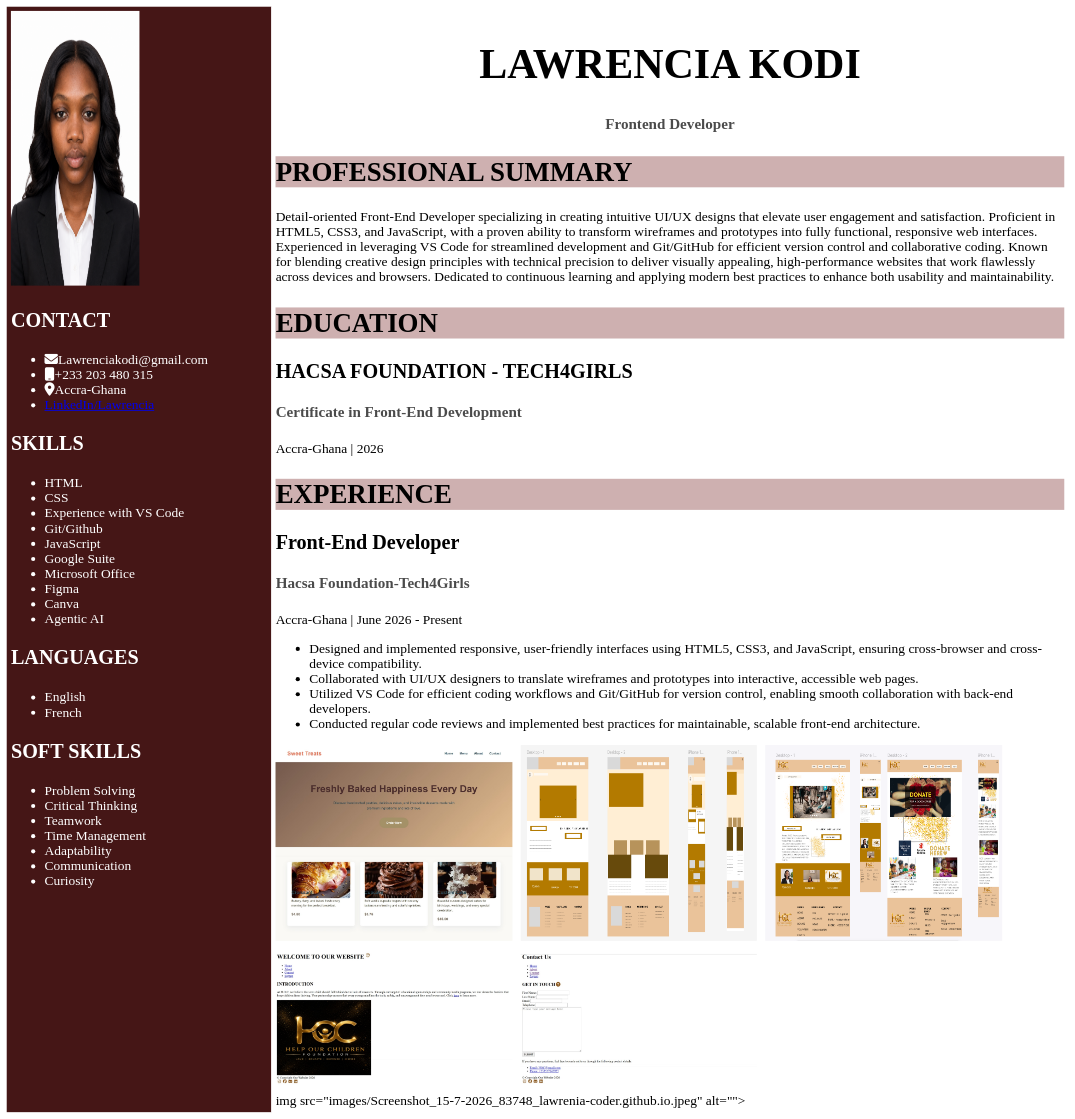
Repository: lawrencia-coder/T4G_CV
Page: index.html
An editor plug-in stored every save of this project. The page is shown before and after the next save, followed by the edit.
The browser window is 1280 px wide. The pictures show the whole page, at 84% of full size.
Some icons come from a web library that is not loaded, so they are not drawn. Some web libraries are served in a nearby version.

Above is the page before, as saved 2026-07-15 08:48:47.

### index.html
<!DOCTYPE html>
<html lang="en">
<head>
    <meta charset="UTF-8">
    <meta name="viewport" content="width=device-width, initial-scale=1.0">
    <script src="https://kit.fontawesome.com/c72fc9c022.js" crossorigin="anonymous"></script>
    <title>T4G_CV</title>
    <link rel="stylesheet" href="style.css">
</head>
<body>
    <div class="cv-container">
        <div class="left-column">
            <img src="images/passport pic 1.png" alt="" width="50%" height="25%">
            <h3>CONTACT</h3>
             <p>
              <ul>
                <li><i class="fa-solid fa-envelope" style="color: rgb(255, 255, 255);"></i>Lawrenciakodi@gmail.com</li>
                <li><i class="fa-solid fa-mobile" style="color: rgb(255, 255, 255);"></i>+233 203 480 315</li>
                <li><i class="fa-solid fa-location-dot" style="color: rgb(255, 255, 255);"></i>Accra-Ghana</li>
                <li><i class="fa-brands fa-square-linkedin" style="color: rgb(255, 255, 255);"></i><a href="www.linkedin.com/in/lawrencia-kodi-192a71305" target="_blank" rel="noopener noreferrer">LinkedIn/Lawrencia</a></li>
              </ul>
             </p>

            <h3>SKILLS</h3>
             <p>
                <ul>
                    <li>HTML</li>
                    <li>CSS</li>
                    <li>Experience with VS Code</li>
                    <li>Git/Github</li>
                    <li>JavaScript</li>
                    <li>Google Suite</li>
                    <li>Microsoft Office</li>
                    <li>Figma</li>
                    <li>Canva</li>
                    <li>Agentic AI</li>
                </ul>
             </p>

             <h3>LANGUAGES</h3>
             <p>
                <ul>
                    <li>English</li>
                    <li>French</li>
                </ul>
             </p>

             <h3>SOFT SKILLS</h3>
             <p>
                <ul>
                    <li>Problem Solving</li>
                    <li>Critical Thinking</li>
                    <li>Teamwork</li>
                    <li>Time Management</li>
                    <li>Adaptability</li>
                    <li>Communication</li>
                    <li>Curiosity</li>
                </ul>
             </p>
        </div>
         <div class="right-column">
             <h1>LAWRENCIA KODI  </h1>
             <h4 style="text-align: center;">Frontend Developer</h4>
             <h2>PROFESSIONAL SUMMARY</h2>
              <p>Detail-oriented Front-End Developer specializing in creating intuitive UI/UX designs that elevate user engagement and satisfaction.
                 Proficient in HTML5, CSS3, and JavaScript, with a proven ability to transform wireframes and prototypes into fully functional, responsive web interfaces.
                 Experienced in leveraging VS Code for streamlined development and Git/GitHub for efficient version control and collaborative coding.
                 Known for blending creative design principles with technical precision to deliver visually appealing, high-performance websites that work flawlessly across devices and browsers.
                 Dedicated to continuous learning and applying modern best practices to enhance both usability and maintainability.
                </p>

                <h2>EDUCATION</h2>
                <h3>HACSA FOUNDATION - TECH4GIRLS</h3>
                <h4>Certificate in Front-End Development</h4>
                <p>Accra-Ghana   |   2026</p>

                <h2>EXPERIENCE</h2>
                <p>
                    <h3>Front-End Developer</h3>
                    <h4>Hacsa Foundation-Tech4Girls </h4>
                    <p2>Accra-Ghana   |   June 2026 - Present</p2>
                </p>
                 <p>
                    <ul>
                        <li>Designed and implemented responsive, user-friendly interfaces using HTML5, CSS3, and JavaScript, ensuring cross-browser and cross-device compatibility.</li>
                        <li>Collaborated with UI/UX designers to translate wireframes and prototypes into interactive, accessible web pages.</li>
                        <li>Utilized VS Code for efficient coding workflows and Git/GitHub for version control, enabling smooth collaboration with back-end developers.</li>
                        <li>Conducted regular code reviews and implemented best practices for maintainable, scalable front-end architecture.</li>
                    </ul>
                 </p>

                 <div class="portfolio">
                    <img src="images/Screenshot_15-7-2026_84035_lawrencia-coder.github.io.jpeg" alt="">
                    <img src="images/Screenshot 2026-07-15 082621.png" alt="">
                    <img src="images/Screenshot 2026-07-15 082739.png" alt="">
                    <img src="images/Screenshot_15-7-2026_83441_lawrencia-coder.github.io.jpeg" alt="">
                    <img src="images/Screenshot_15-7-2026_83647_lawrencia-coder.github.io.jpeg" alt="">
                    img src="images/Screenshot_15-7-2026_83748_lawrenia-coder.github.io.jpeg" alt="">
                 </div>
         </div
    </div>

</body>
</html>

### style.css
/* styling headings */
h1{
    text-align: center;
    font-size: 50px;
    margin-bottom: none;
}

h4{
    opacity: calc(70%);
    font-size: large;
}

h2{
    background-color: rgb(206, 176, 176);
    font-size: xx-large;
}

h3{
    font-size: x-large;
}

h5{
font-size: large;
opacity: 80%;
display: flex;
flex-direction: row;
}

h6{
align-self: flex-end;
}


/* styling cv-container */
.cv-container{
    display: flex;
    width: 100%;
    min-height: 100vh;
}

.left-column{
width: 26%;
background-color: rgb(69, 22, 22);
color: white;
padding: 5px;
}

.right-column{
    width: 80%;
    background-color: white;
    color: black;
    padding: 5px;
}
 /* portfolio styling */
.portfolio{
    display: flex;
    flex-wrap: wrap;
    gap: 10px;
}
.portfolio img{
    width: 30%;
    height: auto;
}

After the next save:
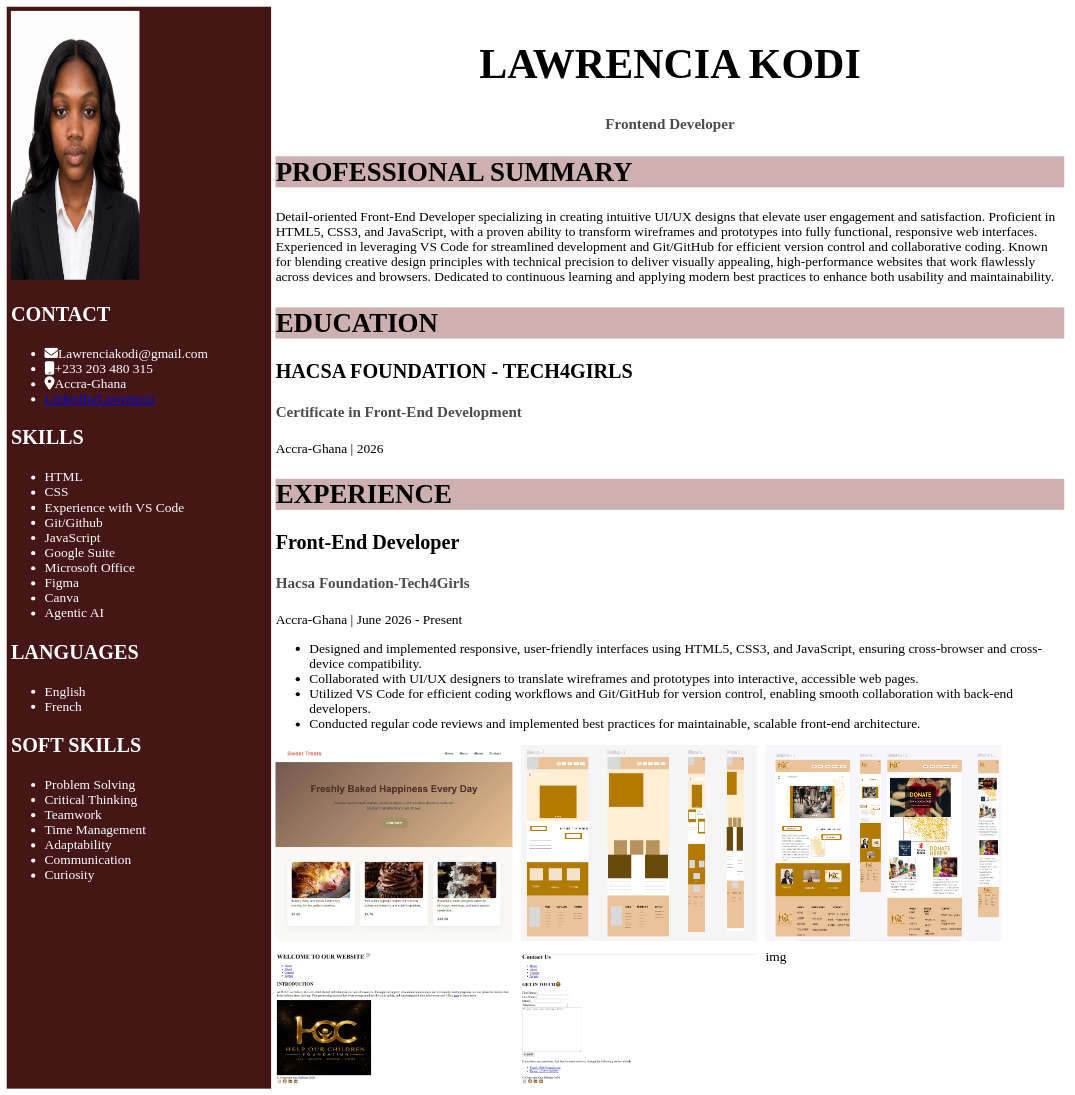
Saved 14 s later.
--- a/index.html
+++ b/index.html
@@ -95,7 +95,7 @@
                     <img src="images/Screenshot 2026-07-15 082739.png" alt="">
                     <img src="images/Screenshot_15-7-2026_83441_lawrencia-coder.github.io.jpeg" alt="">
                     <img src="images/Screenshot_15-7-2026_83647_lawrencia-coder.github.io.jpeg" alt="">
-                    img src="images/Screenshot_15-7-2026_83748_lawrenia-coder.github.io.jpeg" alt="">
+                    img
                  </div>
          </div
     </div>
